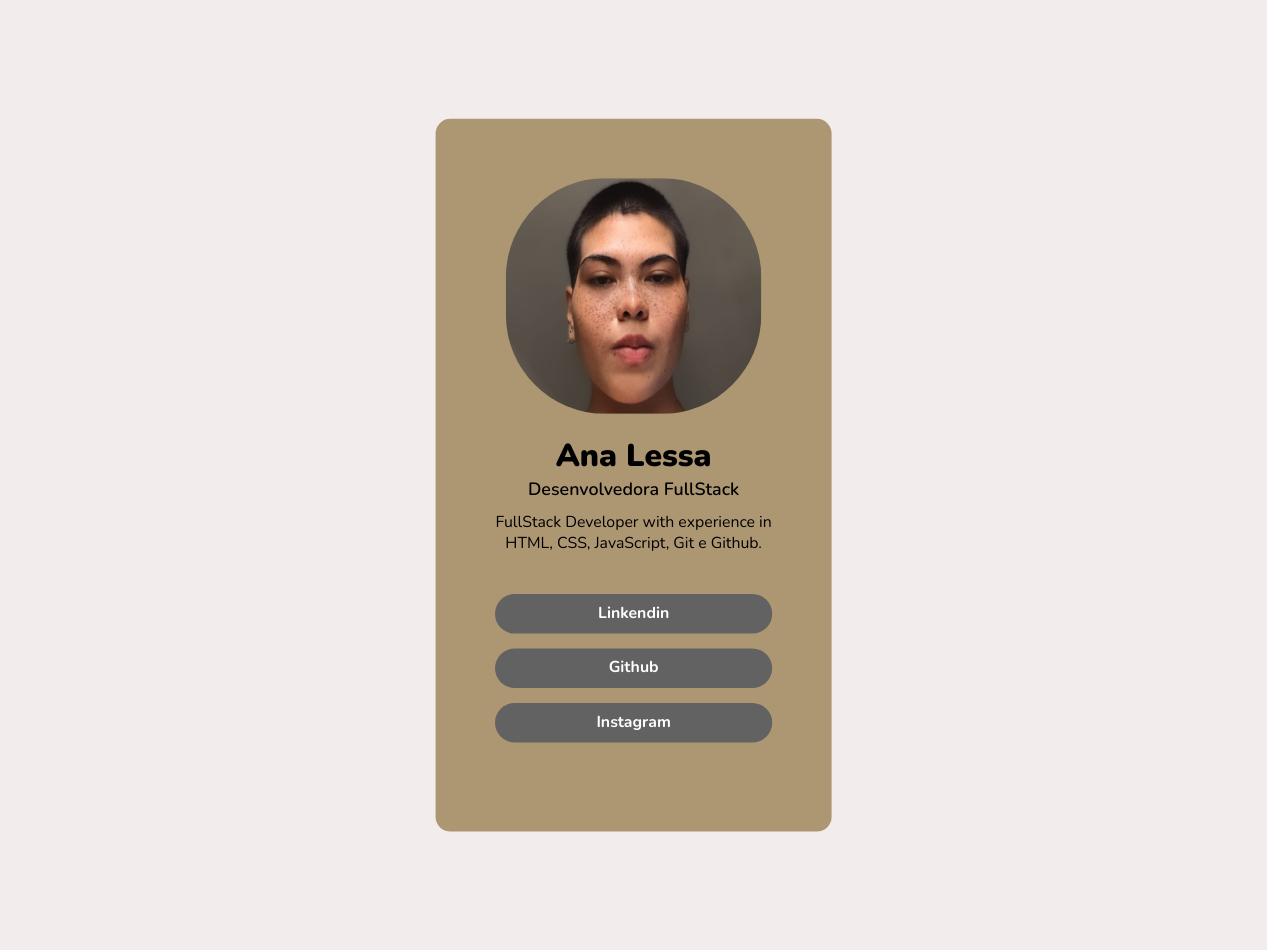
Repository: analessp/linktree
Page: index.html
An editor plug-in stored every save of this project. The page is shown before and after the next save, followed by the edit.
The browser window is 1280 px wide. The pictures show the whole page, at 99% of full size.

Above is the page before, as saved 2025-04-11 10:12:18.

After the next save:
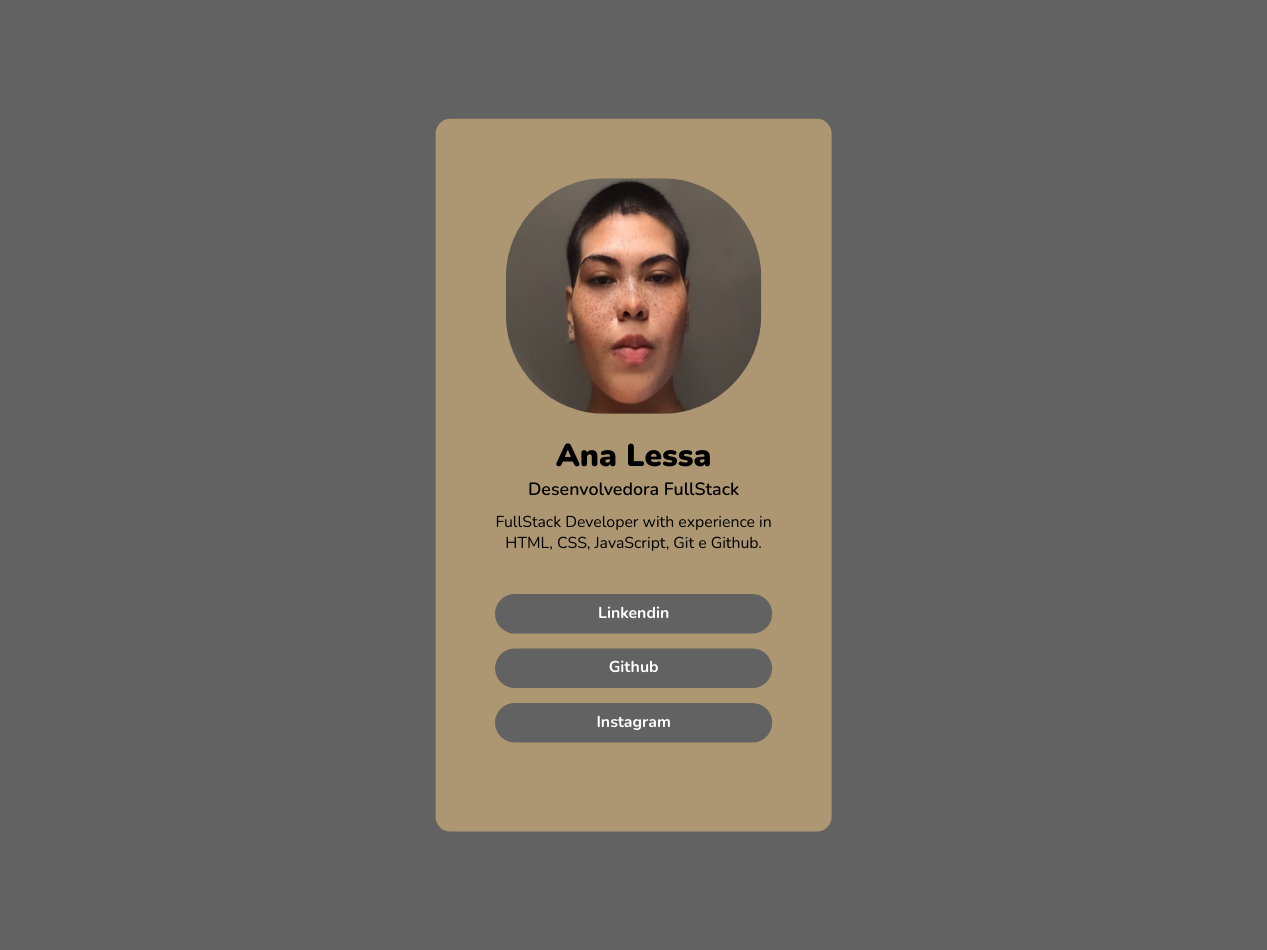
Saved 13 min 56 s later.
--- a/style.css
+++ b/style.css
@@ -6,7 +6,7 @@
 }
 
 body {
-    background-color: #f2ecec;
+    background-color: #636262;
 }
 
 .container-main {

After the save that followed:
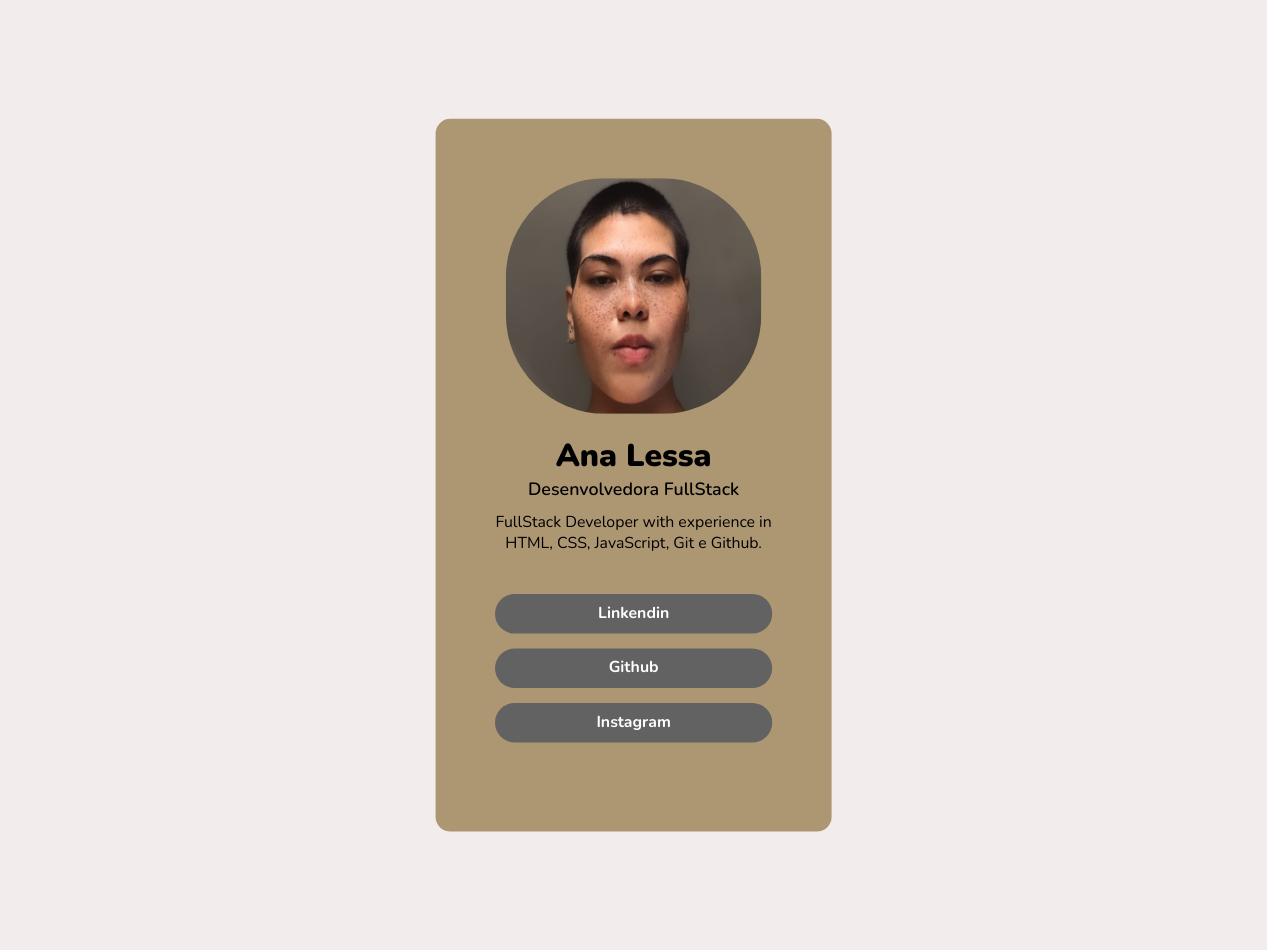
Saved 21 s later.
--- a/style.css
+++ b/style.css
@@ -6,7 +6,7 @@
 }
 
 body {
-    background-color: #636262;
+    background-color: #f2ecec;
 }
 
 .container-main {
